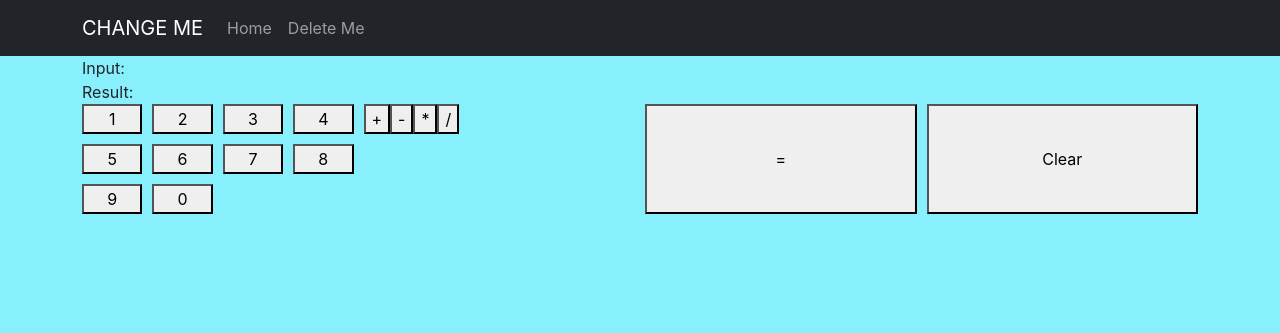
Repository: jgramirez0210/calculator-react
Page: /
These files come from the project's save history. The page is drawn as it stood at one moment and after the next save; the edit follows.
The browser window is 1280 px wide. The pictures show the whole page.
The project was rebuilt for these pictures with package versions that can differ from the ones it lists, and the page was loaded fresh each time. The framework's server and built-in components were replaced by stand-ins that run in the browser. Also part of the build but not shown: next.config.js.

Above is the page before, as saved 2024-01-09 20:24:45.

### pages/_app.js
/* eslint-disable react/prop-types */
import 'bootstrap/dist/css/bootstrap.min.css';
import NoAuth from '../components/NoAuth'; // TODO: COMMENT OUT FOR AUTH
import '../styles/globals.css';
// import { AuthProvider } from '../utils/context/authContext'; // TODO: COMMENT IN FOR AUTH
// import ViewDirectorBasedOnUserAuthStatus from '../utils/ViewDirector'; // TODO: COMMENT IN FOR AUTH

function MyApp({ Component, pageProps }) {
  return (
    <>
      <NoAuth
        component={Component}
        pageProps={pageProps}
      />

      {/* TODO: Delete NoAuth component above and comment in code below for authentication */}
      {/* <AuthProvider>
        <ViewDirectorBasedOnUserAuthStatus
          // if status is pending === loading
          // if status is logged in === view app
          // if status is logged out === sign in page
          component={Component}
          pageProps={pageProps}
        />
      </AuthProvider> */}
    </>
  );
}

export default MyApp;

### pages/index.js
import React, { useState } from 'react';
import { evaluate } from 'mathjs';

function Calculator() {
  const [input, setInput] = useState('');
  const [result, setResult] = useState(null);

  const handleDigit = (digit) => {
    setInput((prevInput) => prevInput + digit);
  };
  const handleOperation = (operation) => {
    setInput((prevInput) => prevInput + operation);
  };
  const calculateResult = () => {
    try {
      if (/[\d]$/.test(input)) {
        setResult(evaluate(input));
      } else {
        setResult('Error: Invalid expression');
      }
    } catch (error) {
      setResult('Error: Invalid expression');
    }
  };
  const handleClear = () => {
    setInput('');
    setResult(null);
  };
  return (
    <div>
      <div> Input: {input}</div>
      <div> Result: {result}</div>
      <div className="calculator-grid">
        <div className="calculator-numbers">
          {[1, 2, 3, 4, 5, 6, 7, 8, 9, 0].map((digit) => (
            <button type="button" className={`button-${digit}`} onClick={() => handleDigit(digit)}>{digit}</button>
          ))}
        </div>
        <div className="calculator-operators">
          {['+', '-', '*', '/'].map((operation) => (
            <button type="button" onClick={() => handleOperation(operation)}>{operation}</button>
          ))}
        </div>
        <button type="button" onClick={calculateResult}>=</button>
        <button type="button" onClick={handleClear}>Clear</button>
      </div>
    </div>
  );
}

export default Calculator;

### components/NoAuth.js
/* eslint-disable react/forbid-prop-types */
import React from 'react';
import PropTypes from 'prop-types';
import NoAuthNavBar from './NoAuthNavBar';

function NoAuth({ component: Component, pageProps }) {
  return (
    <>
      <NoAuthNavBar />
      <div className="container">
        <Component {...pageProps} />
      </div>
    </>
  );
}

NoAuth.propTypes = {
  component: PropTypes.func.isRequired,
  pageProps: PropTypes.oneOfType([PropTypes.object]).isRequired,
};

export default NoAuth;

### styles/globals.css
@import 'bootstrap/dist/css/bootstrap.css';

html,
body {
  padding: 0;
  margin: 0;
  font-family: -apple-system, BlinkMacSystemFont, Segoe UI, Roboto, Oxygen,
    Ubuntu, Cantarell, Fira Sans, Droid Sans, Helvetica Neue, sans-serif;
}

a {
  color: inherit;
  text-decoration: none;
}

* {
  box-sizing: border-box;
}

body {
  background-color: #88effd;
}

.calculator-grid {
  display: grid;
  grid-template-columns: repeat(4, 1fr);
  gap: 10px;
}
.calculator-numbers {
  display: grid;
  grid-template-columns: repeat(4, 1fr);
  gap: 10px;
}
.calculator-operators {

  gap: 5px;
}
/* .button-0 {
  background-color: #4caf50;
  border: none;
  color: white;
  text-align: center;
  display: inline-block;
  font-size: 16px;
  margin: 4px 2px;
  cursor: pointer;
  border-radius: 12px;
  padding: 15px 32px;
} */

.button:hover {
  background-color: #45a049;
}

### components/NoAuthNavBar.js
/* eslint-disable jsx-a11y/anchor-is-valid */
import React from 'react';
import Link from 'next/link';
import {
  Navbar, Container, Nav,
} from 'react-bootstrap';

export default function NoAuthNavBar() {
  return (
    <Navbar collapseOnSelect expand="lg" bg="dark" variant="dark">
      <Container>
        <Link passHref href="/">
          <Navbar.Brand>CHANGE ME</Navbar.Brand>
        </Link>
        <Navbar.Toggle aria-controls="responsive-navbar-nav" />
        <Navbar.Collapse id="responsive-navbar-nav">
          <Nav className="me-auto">
            {/* CLOSE NAVBAR ON LINK SELECTION: https://stackoverflow.com/questions/72813635/collapse-on-select-react-bootstrap-navbar-with-nextjs-not-working */}
            <Link passHref href="/">
              <Nav.Link>Home</Nav.Link>
            </Link>
            <Link passHref href="/delete-me">
              <Nav.Link>Delete Me</Nav.Link>
            </Link>
          </Nav>
        </Navbar.Collapse>
      </Container>
    </Navbar>
  );
}

After the next save:
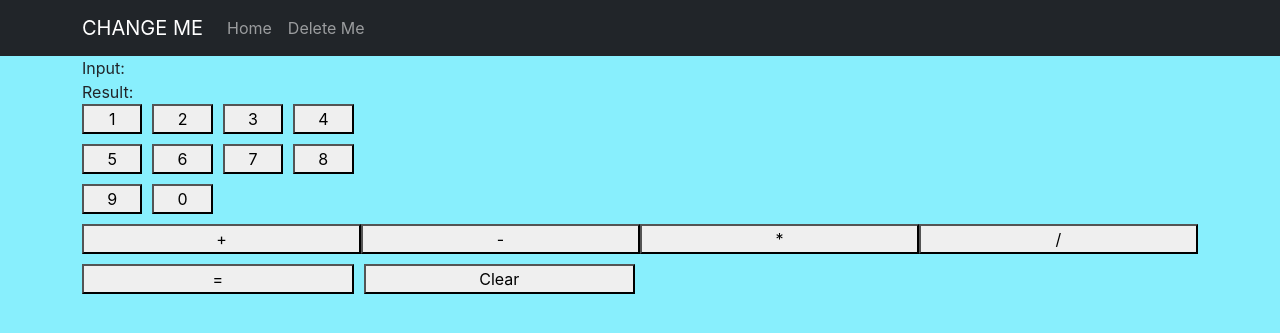
Saved 98 s later.
--- a/styles/globals.css
+++ b/styles/globals.css
@@ -32,8 +32,9 @@ body {
   gap: 10px;
 }
 .calculator-operators {
-
-  gap: 5px;
+  grid-column: span 4; /* Operator buttons span all 4 columns */
+  display: grid;
+  grid-template-columns: repeat(4, 1fr); /* Creates a nested 4-column layout for operators */
 }
 /* .button-0 {
   background-color: #4caf50;
